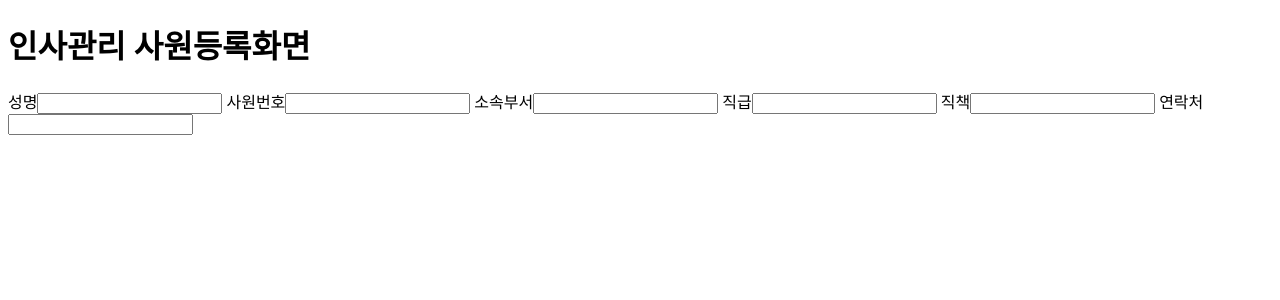
Repository: alsdud0301/jsp_study
Page: http://localhost/practice1/register.jsp
The author's editor kept a copy of each file at every save. The page is drawn from the files as they stood at one save, then again after the next save.
The browser window is 1280 px wide. The pictures show the whole page.
The page is served by Tomcat 9.

Above is the page before, as saved 2025-05-21 10:35:38.

After the next save:
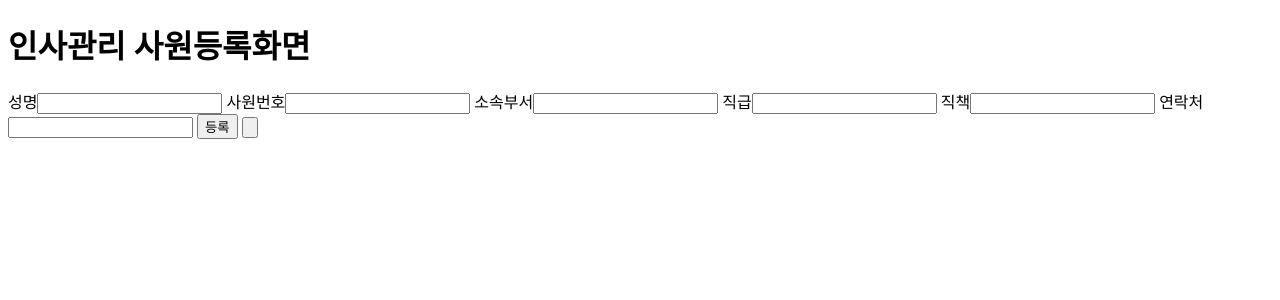
Saved 8 s later.
--- a/practice1/src/main/webapp/register.jsp
+++ b/practice1/src/main/webapp/register.jsp
@@ -14,5 +14,7 @@
 	직급<input type="text" name="position">
 	직책<input type="text" name="duty">
 	연락처<input type="text" name="phone">
+	<input type="submit" value="등록">
+	<input type="button" onclick="location.href='./index.jsp'">
 </body>
 </html>
